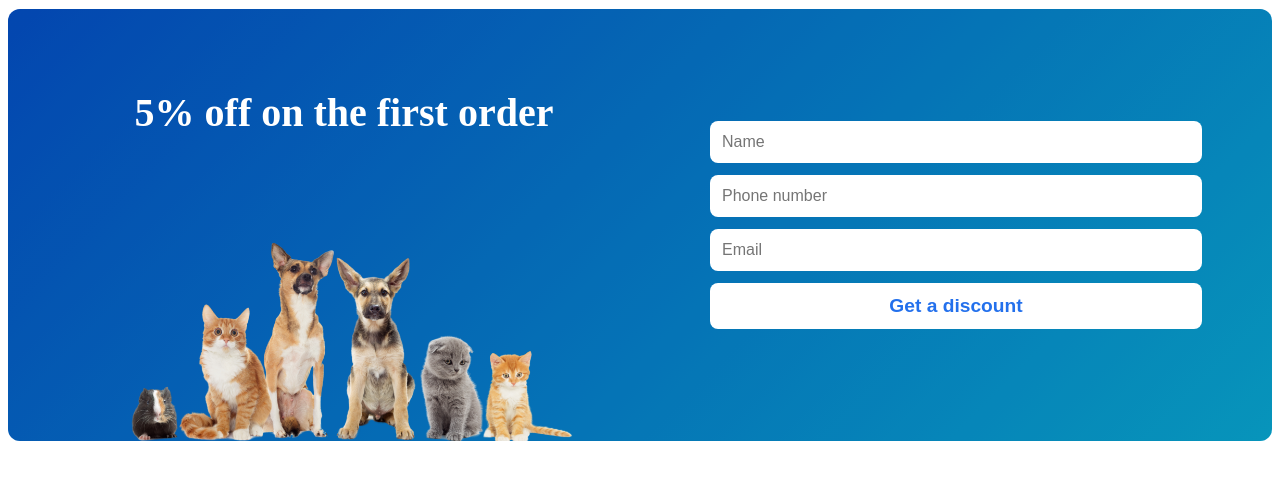
Repository: JuliiaJuliia/pet-shop-frontend
Page: / (app in pet-shop-frontend/)
The author's editor kept a copy of each file at every save. The page is drawn from the files as they stood at one save, then again after the next save.
The browser window is 1280 px wide. The pictures show the part of the page from y = 1138 to 2090 px (the page is 1619 px tall before and 2090 px after).
The project was rebuilt for these pictures with package versions that can differ from the ones it lists, and the page was loaded fresh each time. Also part of the build but not shown: pet-shop-frontend/vite.config.js, pet-shop-frontend/src/pages/CheckoutPage.jsx, pet-shop-frontend/src/api/axios.js, pet-shop-frontend/src/components/ProductList.jsx.

Above is the page before, as saved 2025-11-06 20:16:31.

After the next save:
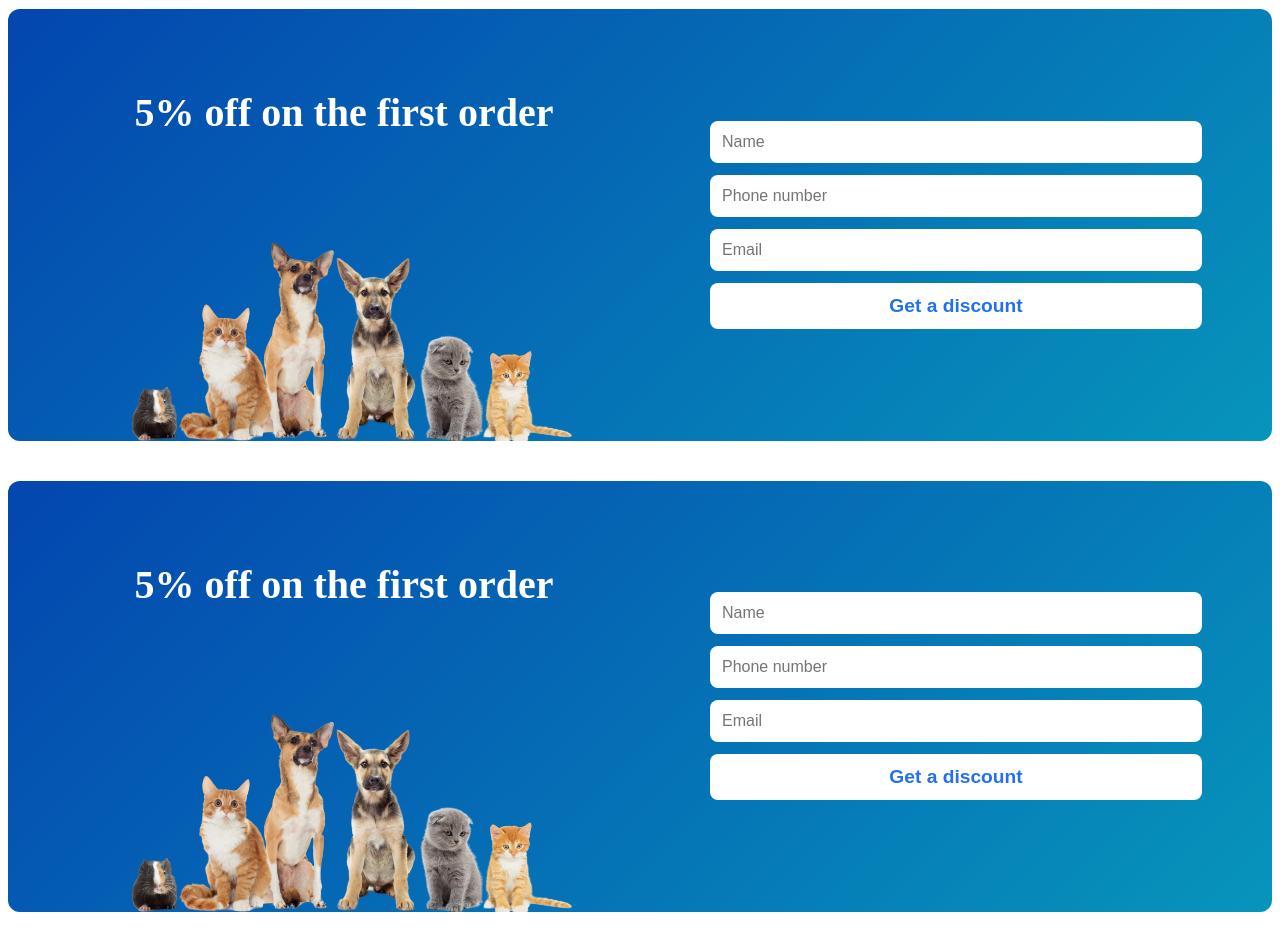
Saved 20 s later.
--- a/pet-shop-frontend/src/pages/HomePage.jsx
+++ b/pet-shop-frontend/src/pages/HomePage.jsx
@@ -9,7 +9,7 @@ const HomePage = () => {
       <MainBanner />
       <Categories />
       <DiscountBanner />
-
+      <DiscountBanner />
     </div>
   );
 };
